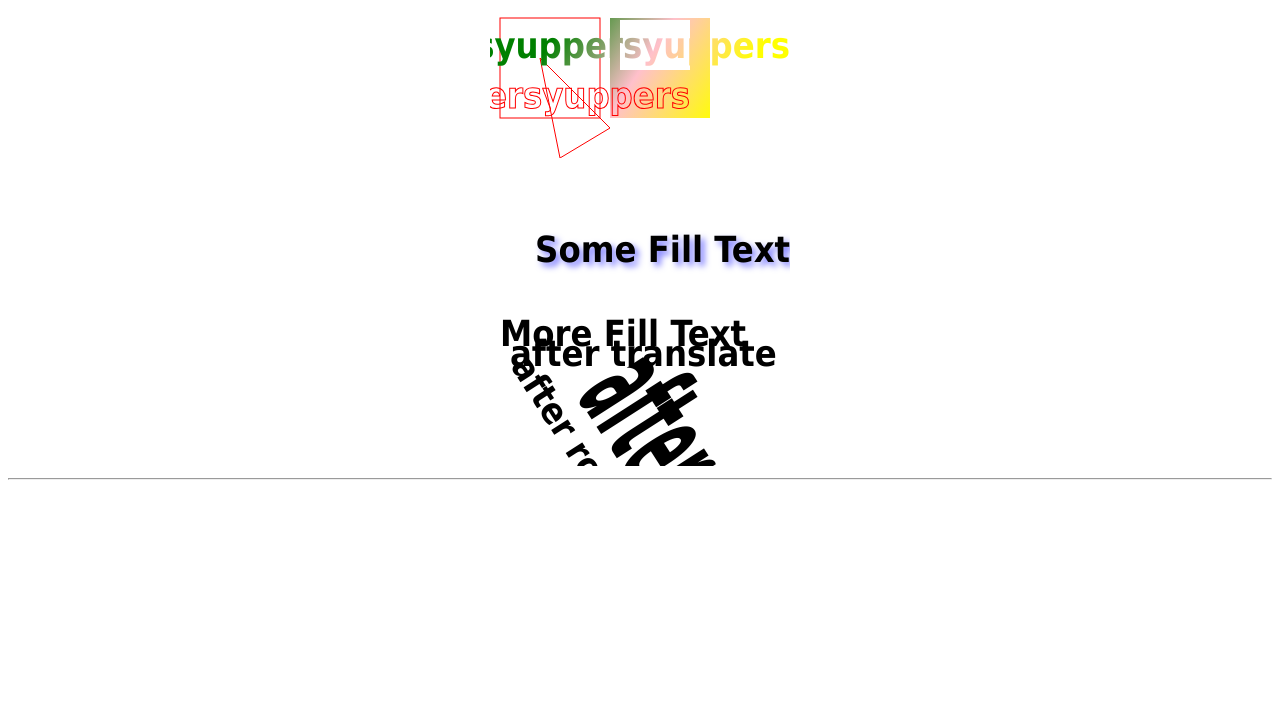
Repository: jksfoTemp/HTML5
Page: default.12.html
The author's editor kept a record of every edit. The page is drawn from the files as they stood at one moment, then again after the next edit.
The browser window is 1280 px wide. The pictures show the whole page.

Above is the page before.
Console error: TypeError: Cannot read properties of null (reading 'getContext')

After the next edit:
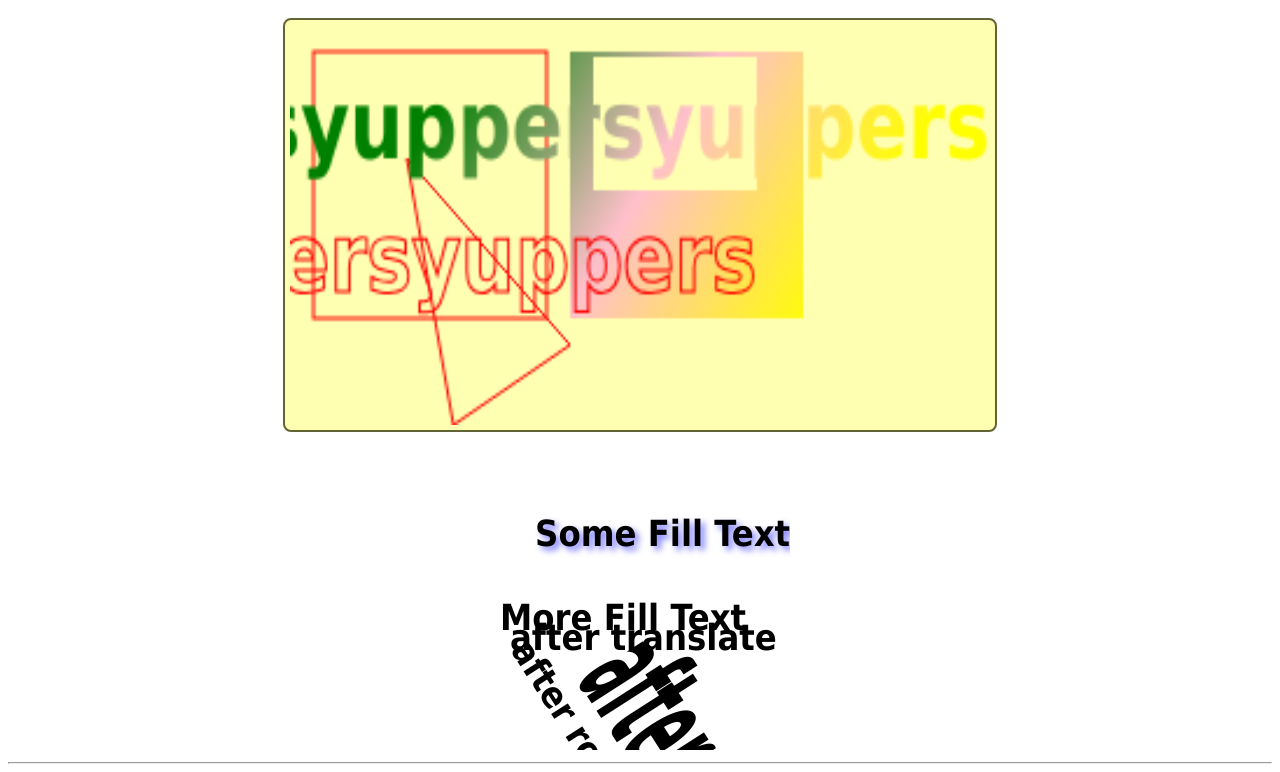
The edit:
--- a/css/default.12.css
+++ b/css/default.12.css
@@ -6,7 +6,7 @@
     display: block;
 }
 
-#skin {
+#canvas1 {
     width: 700px;
     height: 400px;
     margin: 10px auto;
